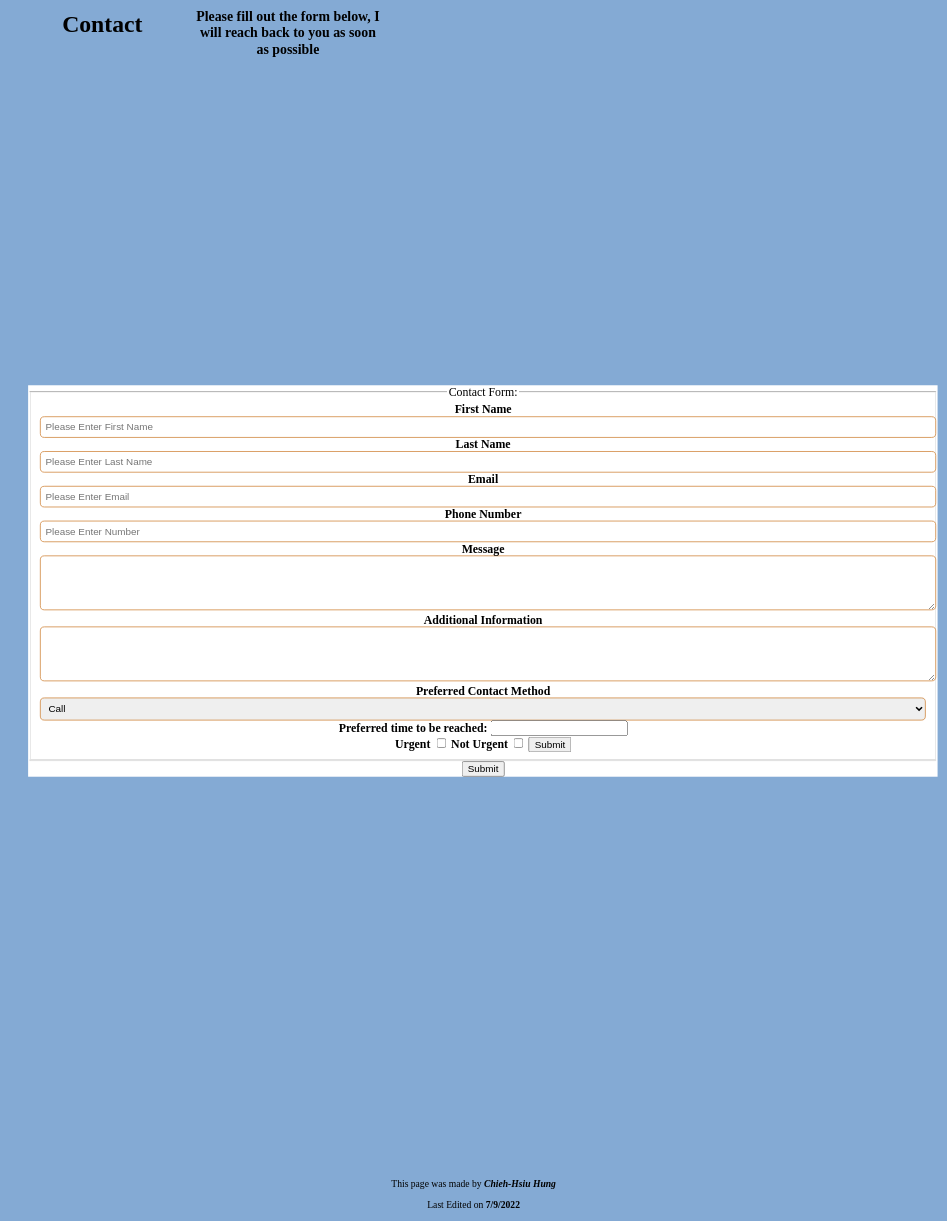
Repository: Chieh0501/fa22-cse110-lab3
Page: contacts.html
An editor plug-in stored every save of this project. The page is shown before and after the next save, followed by the edit.
The browser window is 1280 px wide. The pictures show the part of the page from y = 828 to 2478 px (the page is 2478 px tall before and 1524 px after), at 74% of full size.
A picture or video elsewhere on the page could not be fetched, so the positions and the page height are approximate.

Above is the page before, as saved 2022-10-13 04:41:15.

After the next save:
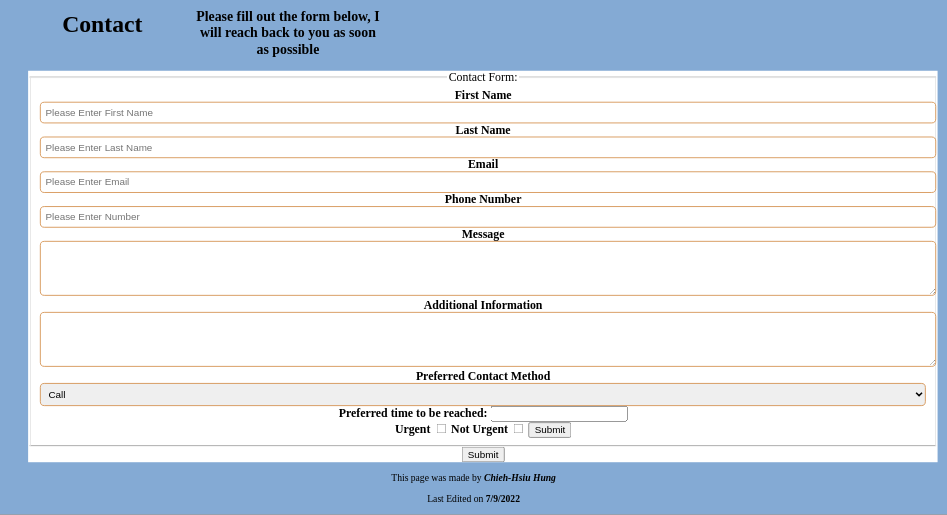
Saved 6 s later.
--- a/styles/main.css
+++ b/styles/main.css
@@ -182,7 +182,7 @@
   display:grid;
   margin: 1vw;
   grid-template-columns: repeat(5, 1fr);
-  grid-template-rows: repeat(3, 1fr);
+  grid-template-rows: repeat(1, 1fr);
   text-align: center;
 }
 .contactform{
